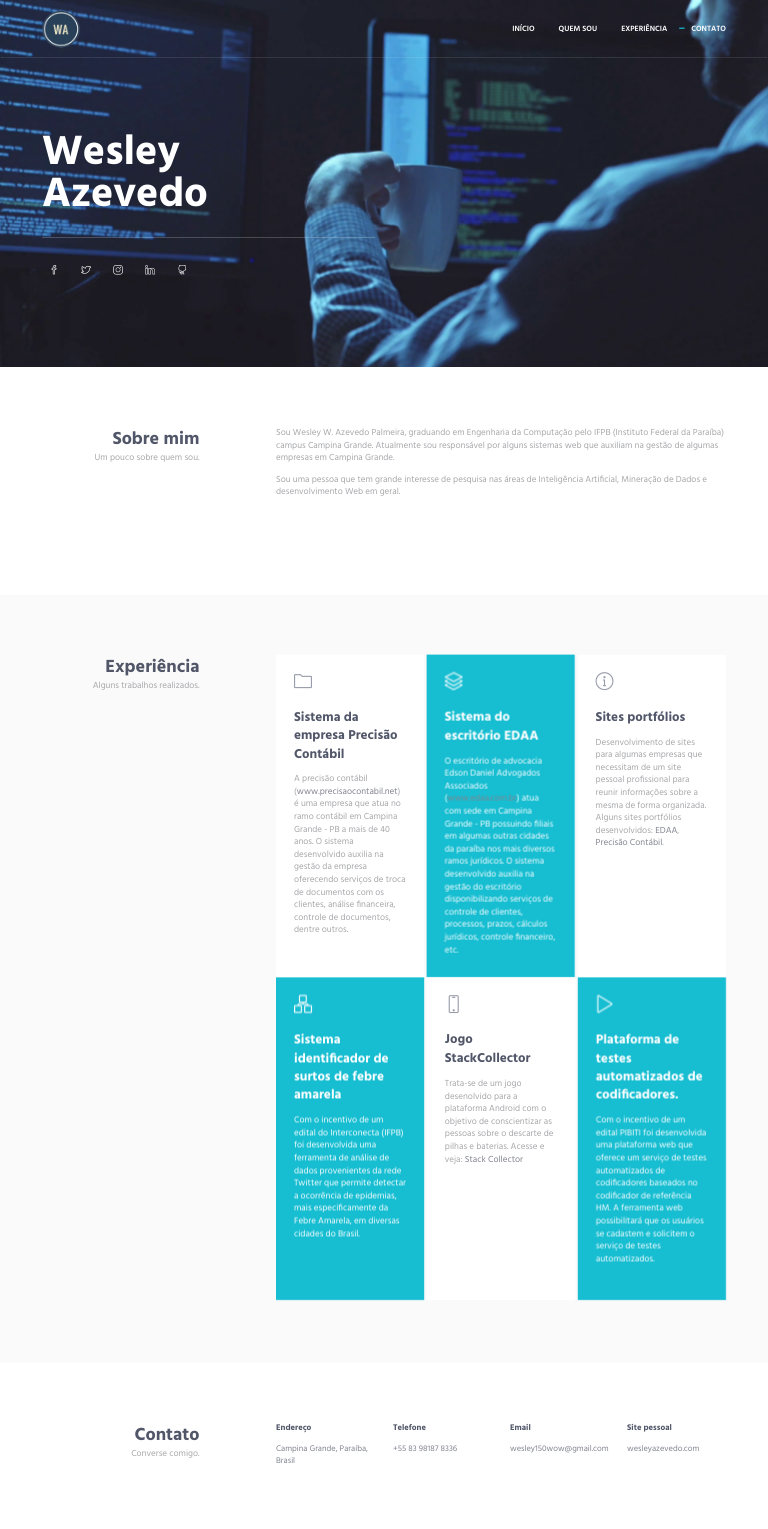
Repository: nolderosw/wesleyazevedo
Page: public/index.html
The author's editor kept a copy of each file at every save. The page is drawn from the files as they stood at one save, then again after the next save.
The browser window is 1280 px wide. The pictures show the whole page, at 60% of full size.

Above is the page before, as saved 2019-07-25 21:01:22.

After the next save:
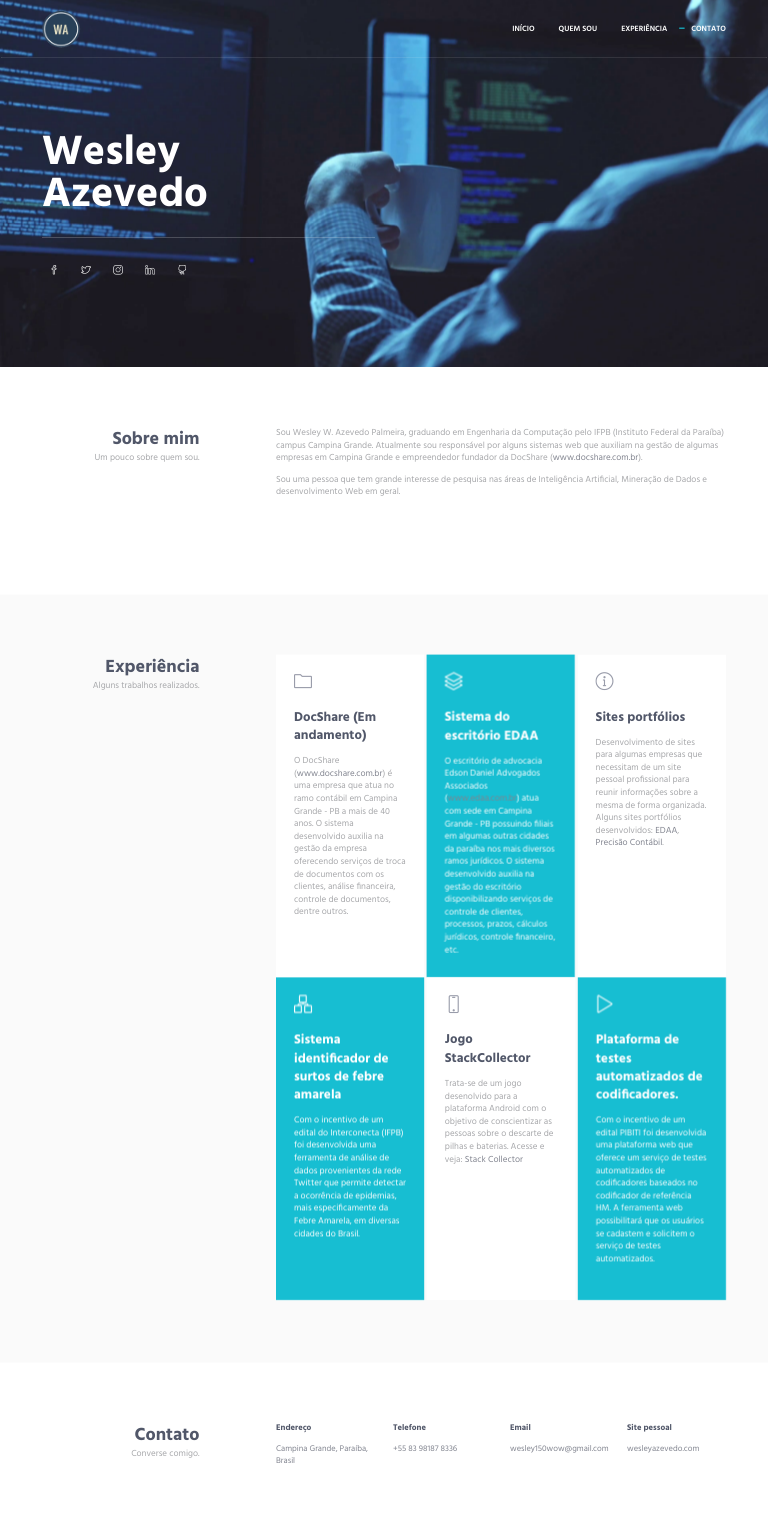
Saved 2 min 15 s later.
--- a/public/index.html
+++ b/public/index.html
@@ -109,7 +109,7 @@
                 <div class="col-sm-8 col-sm-offset-1">
                     <div class="margin-b-60">
                         <p>Sou Wesley W. Azevedo Palmeira, graduando em Engenharia da Computação pelo IFPB (Instituto Federal da Paraíba) campus Campina Grande.
-                            Atualmente sou responsável por alguns sistemas web que auxiliam na gestão de algumas empresas em Campina Grande.
+                            Atualmente sou responsável por alguns sistemas web que auxiliam na gestão de algumas empresas em Campina Grande e empreendedor fundador da DocShare (<a target="_blank" href="http://www.docshare.com.br">www.docshare.com.br</a>).
                         </p>
                         <p>Sou uma pessoa que tem grande interesse de pesquisa nas áreas de Inteligência Artificial, Mineração de Dados e desenvolvimento Web em geral.</p>
                     </div>
@@ -138,8 +138,11 @@
                                     <div class="service-element">
                                         <i class="service-icon icon-folder"></i>
                                     </div>
-                                        <h3>Sistema da empresa Precisão Contábil</h3>
-                                        <p class="margin-b-5">A precisão contábil (<a target="_blank" href="http://www.precisaocontabil.net">www.precisaocontabil.net</a>) é uma empresa que atua no ramo contábil em Campina Grande - PB a mais de 40 anos. O sistema desenvolvido auxilia na gestão da empresa oferecendo serviços de troca de documentos com os clientes, análise financeira, controle de documentos, dentre outros.</p>
+                                        <h3> DocShare (Em andamento)</h3>
+                                        <p class="margin-b-5">O DocShare (<a target="_blank" href="http://www.docshare.com.br">www.docshare.com.br</a>)
+                                            é uma empresa que atua no ramo contábil em Campina Grande - PB a mais de 40 anos.
+                                            O sistema desenvolvido auxilia na gestão da empresa oferecendo serviços de troca de
+                                            documentos com os clientes, análise financeira, controle de documentos, dentre outros.</p>
                                   <!--  <a href="img/logo.png" class="content-wrapper-link" target="_parent"></a> -->
                                 </div>
                             </div>
